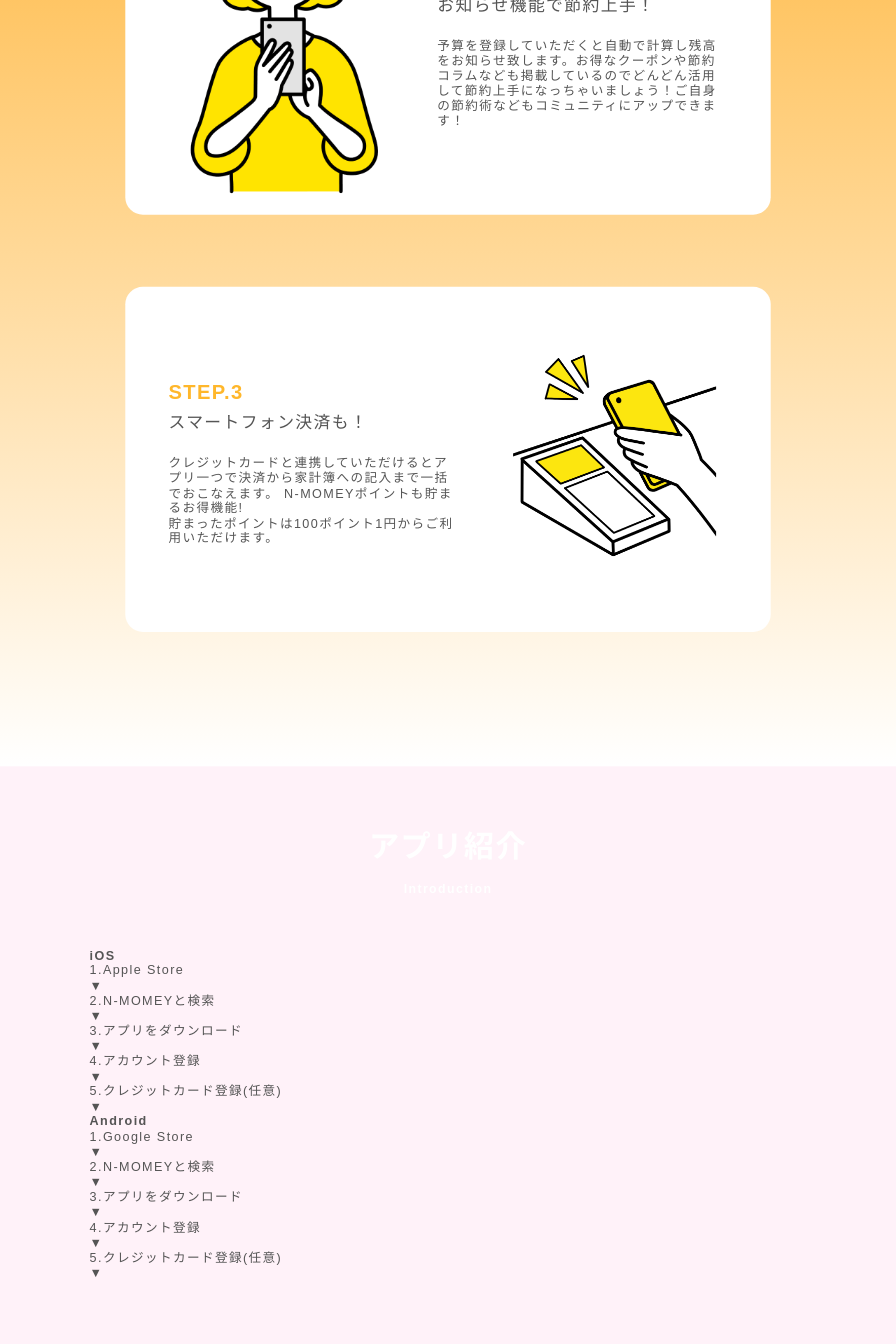
Repository: nozomi-23/lp2_test
Page: index.html
An editor plug-in stored every save of this project. The page is shown before and after a run of saves, followed by the edit.
The browser window is 1280 px wide. The pictures show the part of the page from y = 2084 to 4004 px (the page is 4004 px tall before and 3766 px after), at 70% of full size.
Some web fonts or font styles are not loaded; a fallback is used.

Above is the page before, as saved 2022-06-18 15:24:59.

After the next 3 saves:
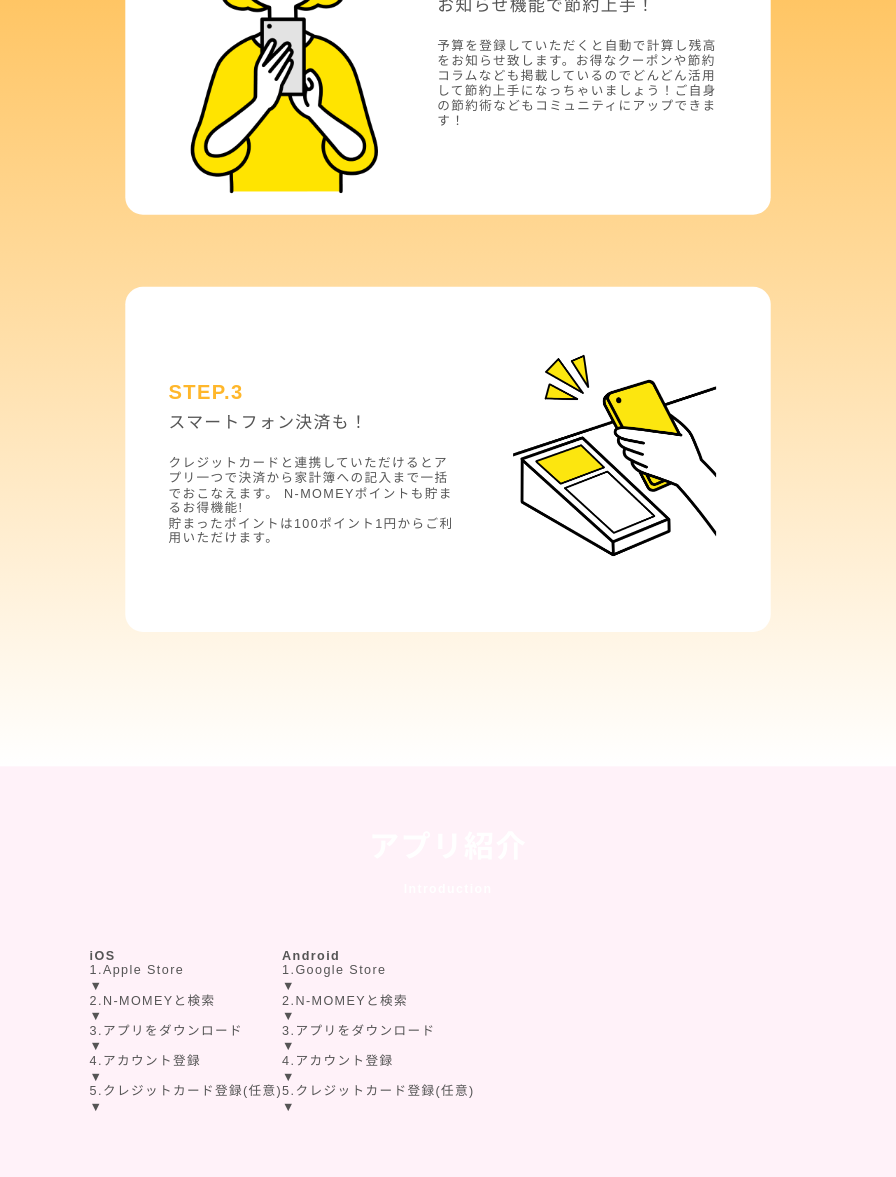
The 3 saves are shown as one change because they came seconds apart.
The last was saved 59 s later.
--- a/css/common.css
+++ b/css/common.css
@@ -218,3 +218,7 @@ text-align: center;
 /* ===================
 how
 ======================*/
+.how_wrapper {
+  display: flex;
+  j
+}
